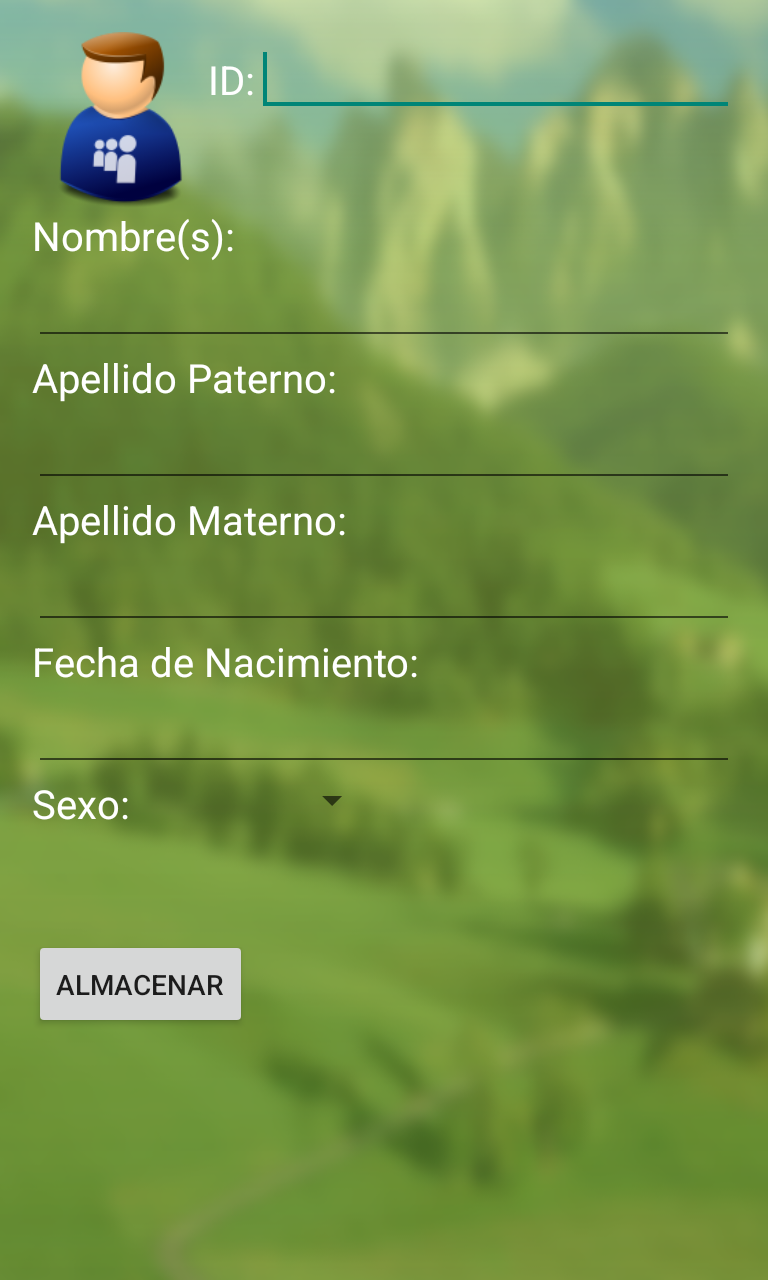
Repository: AntonioloNeviani/ProyectoDeInvestigacion_Android
Layout: FiliiStude/res/layout/activity_nuevo_usuario.xml
These files come from the project's save history. The layout is drawn as it stood at one moment and after the next save; the edit follows.
It is drawn on a 768 x 1280 px phone screen (xhdpi) without system bars, with theme AppTheme; the app's code is not run.

Above is the layout before, as saved 2015-05-26 09:08:17.

### FiliiStude/res/layout/activity_nuevo_usuario.xml
<RelativeLayout xmlns:android="http://schemas.android.com/apk/res/android"
    xmlns:tools="http://schemas.android.com/tools"
    android:layout_width="match_parent"
    android:layout_height="match_parent"
    android:background="@drawable/fondo4"
    android:paddingBottom="@dimen/activity_vertical_margin"
    android:paddingLeft="@dimen/activity_horizontal_margin"
    android:paddingRight="@dimen/activity_horizontal_margin"
    android:paddingTop="@dimen/activity_vertical_margin"
    tools:context="com.filii.filiistude.NuevoUsuario" >

    <LinearLayout
        android:layout_width="wrap_content"
        android:layout_height="wrap_content"
        android:layout_alignParentLeft="true"
        android:layout_alignParentRight="true"
        android:orientation="vertical" >

        <LinearLayout
            android:layout_width="match_parent"
            android:layout_height="wrap_content" >

            <ImageView
                android:id="@+id/imageView1"
                android:layout_width="88dp"
                android:layout_height="88dp"
                android:src="@drawable/usuario" />

            <TextView
                android:id="@+id/textView2"
                android:layout_width="wrap_content"
                android:layout_height="wrap_content"
                android:text="ID:"
                android:textColor="#FFFFFF"
                android:textSize="20sp" />

            <EditText
                android:id="@+id/editText1"
                android:layout_width="wrap_content"
                android:layout_height="wrap_content"
                android:layout_weight="1"
                android:inputType="number"
                android:textColor="#FFFFFF"
                android:textSize="20sp" >

                <requestFocus />
            </EditText>
        </LinearLayout>

        <TextView
            android:id="@+id/textView1"
            android:layout_width="wrap_content"
            android:layout_height="wrap_content"
            android:text="Nombre(s): "
            android:textColor="#FFFFFF"
            android:textSize="20sp" />

        <EditText
            android:id="@+id/editText2"
            android:layout_width="match_parent"
            android:layout_height="wrap_content"
            android:ems="10"
            android:inputType="textPersonName"
            android:textColor="#FFFFFF"
            android:textSize="20sp" />

        <TextView
            android:id="@+id/textView3"
            android:layout_width="wrap_content"
            android:layout_height="wrap_content"
            android:text="Apellido Paterno: "
            android:textColor="#FFFFFF"
            android:textSize="20sp" />

        <EditText
            android:id="@+id/editText3"
            android:layout_width="match_parent"
            android:layout_height="wrap_content"
            android:ems="10"
            android:inputType="textPersonName"
            android:textColor="#FFFFFF"
            android:textSize="20sp" />

        <TextView
            android:id="@+id/textView4"
            android:layout_width="wrap_content"
            android:layout_height="wrap_content"
            android:text="Apellido Materno: "
            android:textColor="#FFFFFF"
            android:textSize="20sp" />

        <EditText
            android:id="@+id/editText4"
            android:layout_width="match_parent"
            android:layout_height="wrap_content"
            android:ems="10"
            android:inputType="textPersonName"
            android:textColor="#FFFFFF"
            android:textSize="20sp" />

        <TextView
            android:id="@+id/textView5"
            android:layout_width="wrap_content"
            android:layout_height="wrap_content"
            android:text="Fecha de Nacimiento: "
            android:textColor="#FFFFFF"
            android:textSize="20sp" />

        <EditText
            android:id="@+id/editText5"
            android:layout_width="match_parent"
            android:layout_height="wrap_content"
            android:ems="10"
            android:inputType="date"
            android:textColor="#FFFFFF"
            android:textSize="20sp" />

        <LinearLayout
            android:layout_width="match_parent"
            android:layout_height="80dp" >

            <TextView
                android:id="@+id/textView6"
                android:layout_width="wrap_content"
                android:layout_height="wrap_content"
                android:text="Sexo: "
                android:textColor="#FFFFFF"
                android:textSize="20sp" />

            <Spinner
                android:id="@+id/sexo"
                android:layout_width="120dp"
                android:layout_height="wrap_content"
                android:textColor="#FFFFFF"
                android:textSize="20sp" />
        </LinearLayout>

        <LinearLayout
            android:layout_width="match_parent"
            android:layout_height="wrap_content" >

            <Button
                android:id="@+id/button1"
                android:layout_width="wrap_content"
                android:layout_height="wrap_content"
                android:text="Almacenar" />

        </LinearLayout>

    </LinearLayout>

</RelativeLayout>

Loaded but not shown: FiliiStude/res/values/styles.xml (common file); FiliiStude/res/values-v11/styles.xml (common file); FiliiStude/res/values-v14/styles.xml (common file); FiliiStude/res/values/dimens.xml (common file); FiliiStude/res/values-w820dp/dimens.xml (common file)

After the next save:
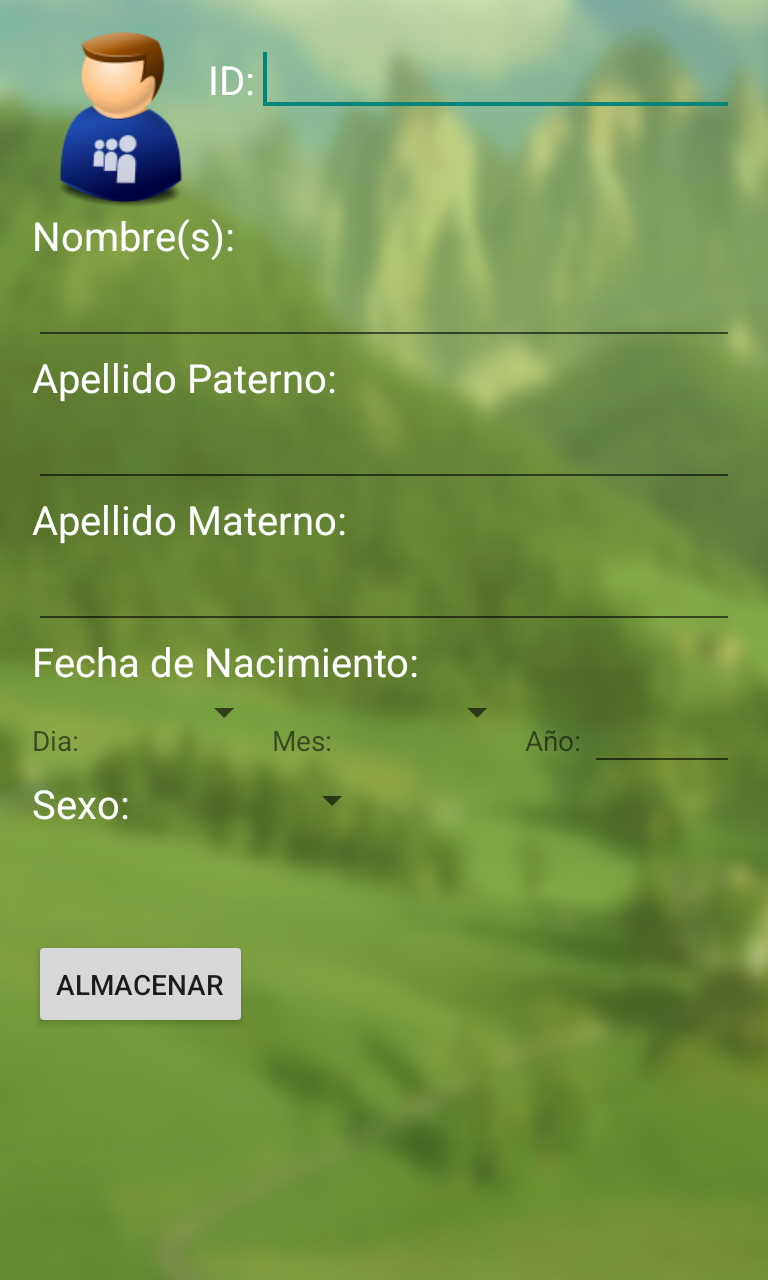
Saved 4 min 57 s later.
--- a/FiliiStude/res/layout/activity_nuevo_usuario.xml
+++ b/FiliiStude/res/layout/activity_nuevo_usuario.xml
@@ -106,14 +106,50 @@
             android:textColor="#FFFFFF"
             android:textSize="20sp" />
 
-        <EditText
-            android:id="@+id/editText5"
+        <LinearLayout
             android:layout_width="match_parent"
-            android:layout_height="wrap_content"
-            android:ems="10"
-            android:inputType="date"
-            android:textColor="#FFFFFF"
-            android:textSize="20sp" />
+            android:layout_height="wrap_content" >
+
+            <TextView
+                android:id="@+id/textView7"
+                android:layout_width="wrap_content"
+                android:layout_height="wrap_content"
+                android:text="Dia: " />
+
+            <Spinner
+                android:id="@+id/spinner1"
+                android:layout_width="wrap_content"
+                android:layout_height="wrap_content"
+                android:layout_weight="1" />
+
+            <TextView
+                android:id="@+id/textView8"
+                android:layout_width="wrap_content"
+                android:layout_height="wrap_content"
+                android:text="Mes: " />
+
+            <Spinner
+                android:id="@+id/spinner2"
+                android:layout_width="wrap_content"
+                android:layout_height="wrap_content"
+                android:layout_weight="1" />
+
+            <TextView
+                android:id="@+id/textView9"
+                android:layout_width="wrap_content"
+                android:layout_height="wrap_content"
+                android:text="Año: " />
+
+            <EditText
+                android:id="@+id/editText5"
+                android:layout_width="74dp"
+                android:layout_height="wrap_content"
+                android:ems="10"
+                android:inputType="date"
+                android:textColor="#FFFFFF"
+                android:textSize="20sp" />
+
+        </LinearLayout>
 
         <LinearLayout
             android:layout_width="match_parent"
